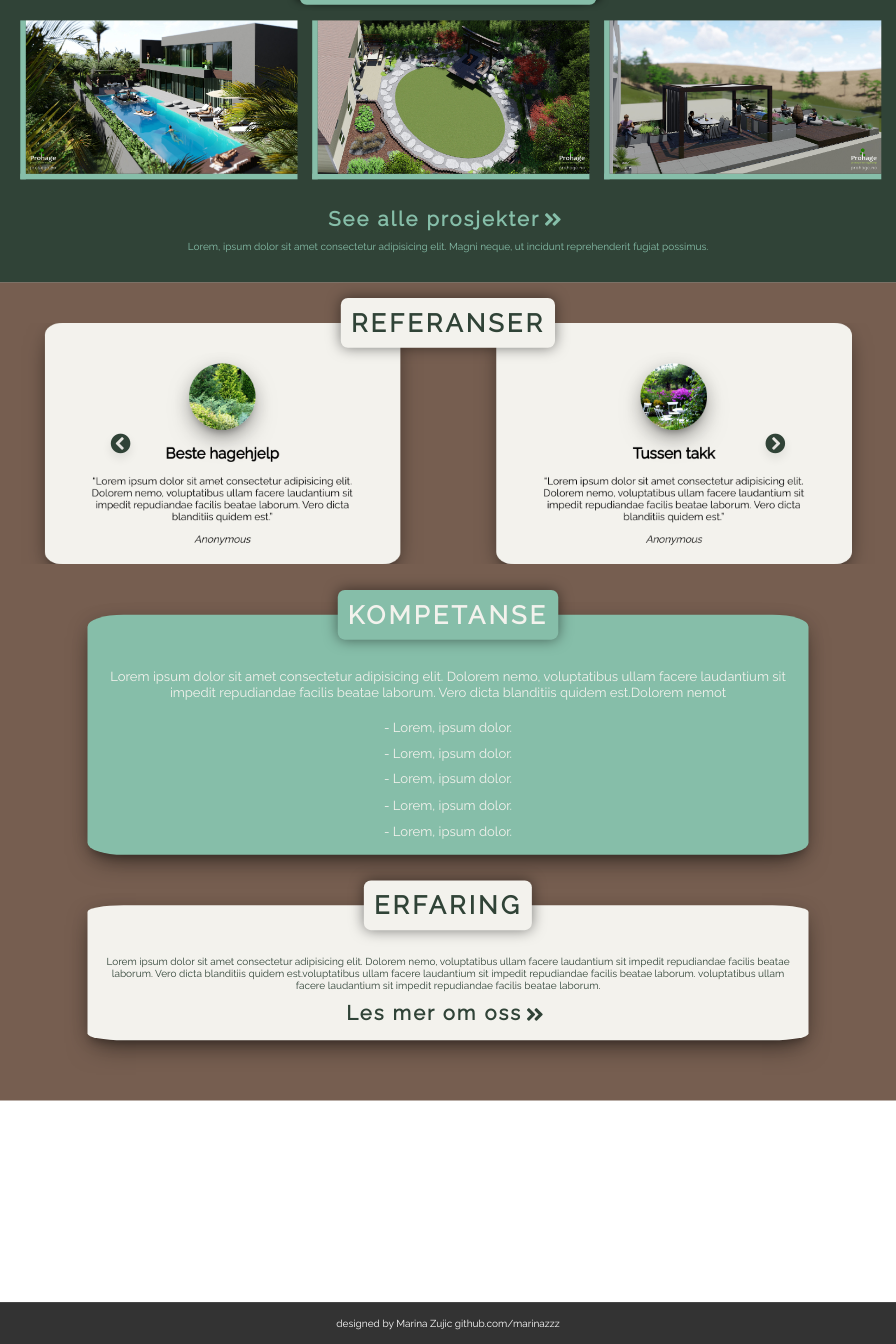
Repository: marinazzz/garden-design-website
Page: Garden design website/index.html
An editor plug-in stored every save of this project. The page is shown before and after the next save, followed by the edit.
The browser window is 1280 px wide. The pictures show the part of the page from y = 1553 to 3473 px (the page is 3473 px tall before and 3456 px after), at 70% of full size.

Above is the page before, as saved 2020-04-06 12:46:56.

### Garden design website/index.html
<!DOCTYPE html>
<html lang="nb">
<head>
    <title>Hagedesign Oslo</title>
    <link rel="stylesheet" type="text/css" href="CSS/fontawesome-free-5.12.1-web/css/all.min.css">
    <link rel="stylesheet" type="text/css" href="CSS/style.css"/>
    <link rel="stylesheet" type="text/css" href="CSS/min-width-768px.css">
    <link rel="stylesheet" type="text/css" href="CSS/min-width-992px.css">
    <link rel="stylesheet" href="https://cdnjs.cloudflare.com/ajax/libs/animate.css/3.7.2/animate.min.css">
    <link rel="stylesheet" type="text/css" href="PLUGINS/glide-master/dist/css/glide.core.min.css" />
    <link rel="stylesheet" type="text/css" href="PLUGINS/glide-master/dist/css/glide.theme.min.css" />
    <link href="https://fonts.googleapis.com/css?family=Raleway&display=swap" rel="stylesheet">
    <meta name="viewport" content="width=device-width, initial-scale=1" charset="UTF-8">
</head>
<body>
    <header class="header--white-green">
        <div class="wrapper">
        <div class="container__menu--small container__menu"> <!--grid container-->
            <div class="container__logo"> <!--1.column-->
                <img class="logo"src="images/prohage black.png" alt="Prohage logo">
            </div>
            <div class="container__items--small container__items"> <!--2.column-->
                <div class="container__item"> <!--1.row-->
                     <a href="mailto:info@prohage.no"
                         class ="container__item-txt"><i class="far fa-envelope"></i>info@prohage.no</a>
                     <a href="tlf:45511111"
                         class="container__item-txt"><i class="fas fa-phone"></i>45511111</a>
                </div>
               <div class="container__item-bottom"> <!--2.row-->
                   <button class="menu__toggle">
                       <i class="fas fa-bars"></i>
                   </button>
                   <nav id="menu">
                        <ul class="menu__list">
                            <li class="menu__item">
                                <a class="menu__link" href="home">Home</a>
                            </li>
                            <li class="menu__item">
                                <a class="menu__link" href="#services">Våre tjenester</a>
                            </li>
                            <li class="menu__item">
                                <a class="menu__link" href="#gallery">Galleri</a>
                            </li>
                            <li class="menu__item">
                                <a class="menu__link" href="#about">Om oss</a>
                            </li>
                            <li class="menu__item">
                                <a class="menu__link" href="#blog">Blogg</a>
                            </li>
                            <li class="menu__item">
                                <a class="menu__link" href="kontakt">Kontakt</a>
                            </li>
                       </ul>
                   </nav>
               </div>
            </div>
            </div>
        </div>
        <section id="main-photo">
            <div class="glide">
                <div class="glide__track"
                     data-glide-el="track">
                    <ul class="glide__slides">
                        <li class="glide__slide">
                            <img class="main-photo__item"
                                 srcset="images/daylight-environment-garden-2000.jpg 2000w,
                                         images/daylight-environment-garden-1000.jpg 1000w"
                                 sizes="(min-width: 1440px) 2000px, 100vw"
                                 src="images/daylight-environment-garden-2000.jpg" alt="Garden and plants" />
                                 <h1 class="main-photo__title">Profesjonell hagehjelp</h1>
                        </li>
                        <li class="glide__slide">
                            <img class="main-photo__item"
                                 srcset="images/main-header-photo-2000.jpg 2000w,
                                          images/main-header-photo-1000.jpg 1000w"
                                 sizes="(min-width: 1440px) 2000px, 100vw"
                                 src="images/main-header-photo-2000.jpg" alt="Garden and plants" />
                                 <h1 class="main-photo__title">Ta kontakt allerede idag</h1>
                                </li>
                        <li class="glide__slide">
                            <img class="main-photo__item"
                                 srcset="images/header-photo-2000.jpg 2000w,
                                         images/header-photo-1000.jpg 1000w"
                                 sizes="(min-width: 1440px) 2000px, 100vw"
                                 src="images/header-photo-2000.jpg" alt="Garden designed by proffesional" />
                                 <h1 class="main-photo__title">Rådgiving og tipser</h1>
                        </li>
                        <li class="glide__slide">
                            <img class="main-photo__item"
                                 srcset="images/bloom-blooming-blur-2000.jpg 2000w,
                                         images/bloom-blooming-blur-1000.jpg 1000w"
                                 sizes="(min-width: 1440px) 2000px, 100vw"
                                 src="images/bloom-blooming-blur-2000.jpg" alt="Garden designed by proffesional" />
                                 <h1 class="main-photo__title">Følg vår hageblogg</h1>
                        </li>
                    </ul>
                </div>
                <!--<div class="glide__arrows"
                         data-glide-el="controls">
                        <button class="glide__arrow glide__arrow--left"
                                data-glide-dir="<">
                            <i class="fas fa-chevron-circle-left"></i>
                        </button>
                        <button class="glide__arrow glide__arrow--right"
                                data-glide-dir=">">
                            <i class="fas fa-chevron-circle-right"></i>
                        </button>
                    </div>-->
            </div>

            <!--<img class="main-photo__item1"
                 srcset="images/architecture-clouds-daylight-2000.jpg 2000w,
                         images/architecture-clouds-daylight-1000.jpg 1000w"
                 sizes="(min-width: 1440px) 2000px, 100vw"
                 src="images/architecture-clouds-daylight-2000.jpg" alt="Garden">
            <img class="main-photo__item2"
                 srcset="images/header-photo-2000.jpg 2000w,
                         images/header-photo-1000.jpg 1000w"
                 sizes="(min-width: 1440px) 2000px, 100vw"
                 src="images/header-photo-2000.jpg" alt="Garden designed by proffesional" >
            <img class="main-photo__item3"
                 srcset="images/main-header-photo-2000.jpg 2000w,
                         images/main-header-photo-1000.jpg 1000w"
                 sizes="(min-width: 1440px) 2000px, 100vw"
                 src="images/main-header-photo-2000.jpg" alt="Garden and plants" >
            <h1 class="main-photo__title">Profesjonell hagehjelp</h1>-->
        </section>
     </header>
     <main>
         <section id="services" class="section--white-green section__container">
            <h1 class="services__title">Tjenester</h1>
            <div class="services__wrapp">
            <section class="services__item">
                <div class="item-title__wrapp">
                    <i class="fas fa-circle"></i>
                    <h2 class="services__item-title">Hagedesign</h2>
                </div>
                <p class="services__txt">Lorem ipsum dolor sit amet consectetur adipisicing elit. Reiciendis, laboriosam.ipsum ex aperiam dolores corporis iusto!</p>
                <div class="button__position">
                     <img class="services__photo" src="images/Hagedesign.jpg" alt="Hagedesigner tegner" />
                     <button class="services__toggle">les mer</button>
                </div>
            </section>
            <section class="services__item">
                <div class="item-title__wrapp">
                    <i class="fas fa-circle"></i>
                    <h2 class="services__item-title">Hagekonsultasjon</h2>
                </div>
                <p class="services__txt">Lorem ipsum dolor sit amet consectetur adipisicing elit. Reiciendis, laboriosam.ipsum ex aperiam dolores corporis iusto!</p>
                <div class="button__position">
                    <img class="services__photo" src="images/konsultasjon.jpg" alt="Hagekonsultasjon med hagedesigner"/> <!--smaller picture than other 2-->
                    <button class="services__toggle">les mer</button>
                </div>
            </section>
            <section class="services__item">
                <div class="item-title__wrapp">
                    <i class="fas fa-circle"></i>
                    <h2 class="services__item-title">Hageskise</h2>
                </div>
                <p class="services__txt">Lorem ipsum dolor sit amet consectetur adipisicing elit. Reiciendis, laboriosam.ipsum ex aperiam dolores corporis iusto!</p>
                <div class="button__position">
                    <img class="services__photo" src="images/skisse.jpg" alt="Hagedesigner hjelp"/>
                    <button class="services__toggle">les mer</button>
                </div>
            </section>
            </div>
         </section>
         <section id="gallery" class="section--dark-green section__container">
            <h1 class="gallery__title services__title">Våre prosjekter</h1>
            <div class="gallery__wrapp services__wrapp">
                <div class="gallery__items">
                    <div class="gallery__item-wrapp">
                        <img class="gallery__item"
                             srcset="images/gallery-photo1-2000.jpg 2000w,
                                     images/gallery-photo1-1000.jpg 1000w"
                             sizes="(min-width: 1440px) 2000px, 100vw"
                             src="images/gallery-photo1-2000.jpg" alt="Hagedesign terrase" />
                    </div>
                    <div class="gallery__item-wrapp gallery__item-wrapp--padding">
                        <img class="gallery__item"
                             srcset="images/gallery-photo2-2000.jpg 2000w,
                                     images/gallery-photo2-1000.jpg 1000w"
                             sizes="(min-width: 1440px) 2000px, 100vw"
                             src="images/gallery-photo2-2000.jpg" alt="Hagedesign terrase" />
                    </div>
                    <div class="gallery__item-wrapp">
                        <img class="gallery__item"
                             srcset="images/gallery-photo3-2000.jpg 2000w,
                                     images/gallery-photo3-1000.jpg 1000w"
                             sizes="(min-width: 1440px) 2000px, 100vw"
                             src="images/gallery-photo3-2000.jpg" alt="Hagedesign terrase" />
                    </div>
                </div>
                <div class="gallery__txt-wrapp">
                    <h2 class="gallery__item-title services__item-title">See alle prosjekter
                        <i class="fas fa-angle-double-right"></i>
                    </h2>
                    <p class="gallery__txt">Lorem, ipsum dolor sit amet consectetur adipisicing elit. Magni neque, ut incidunt reprehenderit fugiat possimus.</p>
                </div>
            </div>
        </section>
        <div class="reviews__bg">
            <section id="section__reviews">
                <h1 class="reviews__title sections__title">Referanser</h1>
                <div class="glide">
                    <div class="glide__track" data-glide-el="track">
                      <ul class="glide__slides">
                        <li class="glide__slide">
                            <div class="review__items">
                                <img class="review__photo"
                                 src="images/review-picture1.jpg" alt="Hagedesign terrase" />
                                <h2 class="review__title">Beste hagehjelp</h2>
                                <blockquote>
                                    <p class="review__txt">Lorem ipsum dolor sit amet consectetur adipisicing elit.
                                       Dolorem nemo, voluptatibus ullam facere laudantium sit impedit repudiandae facilis beatae laborum.
                                       Vero dicta blanditiis quidem est.</p>
                                     <footer class="review__author">Anonymous</footer>
                                </blockquote>
                            </div>
                        </li>
                        <li class="glide__slide">
                            <div class="review__items">
                                <img class="review__photo"
                                 src="images/review-picture2.jpg" alt="Hagedesign terrase" />
                                <h2 class="review__title">Tussen takk</h2>
                                <blockquote>
                                    <p class="review__txt">Lorem ipsum dolor sit amet consectetur adipisicing elit.
                                       Dolorem nemo, voluptatibus ullam facere laudantium sit impedit repudiandae facilis beatae laborum.
                                       Vero dicta blanditiis quidem est.</p>
                                     <footer class="review__author">Anonymous</footer>
                                </blockquote>
                            </div>
                        </li>
                        <li class="glide__slide">
                            <div class="review__items">
                                <img class="review__photo"
                                 src="images/review-picture3.jpg" alt="Hagedesign terrase" />
                                <h2 class="review__title">Anbefaler</h2>
                                <blockquote>
                                    <p class="review__txt">Lorem ipsum dolor sit amet consectetur adipisicing elit.
                                       Dolorem nemo, voluptatibus ullam facere laudantium sit impedit repudiandae facilis beatae laborum.
                                       Vero dicta blanditiis quidem est.</p>
                                     <footer class="review__author">Anonymous</footer>
                                </blockquote>
                            </div>
                        </li>
                      </ul>
                    </div>
                    <div class="glide__arrows"
                             data-glide-el="controls">
                            <button class="glide__arrow glide__arrow--left"
                                    data-glide-dir="<">
                                <i class="fas fa-chevron-circle-left"></i>
                            </button>
                            <button class="glide__arrow glide__arrow--right"
                                    data-glide-dir=">">
                                <i class="fas fa-chevron-circle-right"></i>
                            </button>
                        </div>
                 </div>
            </section>
            <section id="section__about">
                <h1 class="reviews__title sections__title">Kompetanse</h1>
                <div class="review__items">
                    <p class="about__txt">Lorem ipsum dolor sit amet consectetur adipisicing elit.
                        Dolorem nemo, voluptatibus ullam facere laudantium sit impedit repudiandae facilis beatae laborum.
                        Vero dicta blanditiis quidem est.Dolorem nemot</p>
                        <ul class="about__list">
                            <li class="about__list__item">
                                <a class="item__link" href="#om-oss">Lorem, ipsum dolor.</a>
                            </li>
                            <li class="about__list__item">
                                <a class="item__link" href="#om-oss">Lorem, ipsum dolor.</a>
                            </li>
                            <li class="about__list__item">
                                <a class="item__link" href="#om-oss">Lorem, ipsum dolor.</a>
                            </li>
                            <li class="about__list__item">
                                <a class="item__link" href="#om-oss">Lorem, ipsum dolor.</a>
                            </li>
                            <li class="about__list__item">
                                <a class="item__link" href="#om-oss">Lorem, ipsum dolor.</a>
                            </li>
                        </ul>
                </div>
            </section>
            <section id="section__experience">
                <h1 class="reviews__title sections__title">Erfaring</h1>
                <div class="review__items">
                    <p class="experience__txt">Lorem ipsum dolor sit amet consectetur adipisicing elit.
                        Dolorem nemo, voluptatibus ullam facere laudantium sit impedit repudiandae facilis beatae laborum.
                        Vero dicta blanditiis quidem est.voluptatibus ullam facere laudantium sit impedit repudiandae facilis beatae laborum.
                        voluptatibus ullam facere laudantium sit impedit repudiandae facilis beatae laborum.</p>
                        <h2 class="gallery__item-title services__item-title">
                            <a href="" class="experience__link">Les mer om oss</a>
                            <i class="fas fa-angle-double-right"></i>
                        </h2>
                </div>
            </section>
        </div>
        <article id="blog-posts">

        </article>
     </main>
     <footer class="footer__main">
	     <p>designed by Marina Zujic
		     <a href="https://github.com/marinazzz">github.com/marinazzz</a>
	     </p>
     </footer>
     <script src="PLUGINS/glide-master/dist/glide.min.js"></script>
     <script src="JS/js-app.js"></script>
</body>
</html>

### Garden design website/CSS/min-width-768px.css
@media screen and (min-width: 768px) {

  html {
    font-size: 70%;
  }

   /* HEADER */


   .container__menu,
   .container__items {
    display: grid;
   }

   .container__menu {
    grid-template-columns: 2fr 80%;
    box-shadow: 0 0 2rem 0 rgba(0, 0, 0, 0.62), 0 0 30rem 0 rgba(0, 0, 0, 0.19);
  }

  .container__items {
    grid-template-rows: 1fr 1fr;
    background: var(--header-bg-color);
    width: auto;
  }

  .container__item,
  .container__item-bottom {
    display: flex;
  }

  .container__item {
    align-self: center;
    justify-content: space-around;
    /*padding-left: 23rem;*/
  }

  .container__item > a:first-of-type {
    padding-left: 10rem;
  }

  .container__item-bottom {
    align-items: center;
  }

  .menu__toggle {
    display: none;
  }

  /* NAVIGATION */

  #menu,
  .menu-opened .menu__item .menu__link {
    display: block;
  }

  #menu {
    position: static;
    padding: 0;
    top: 0;
  }

  #menu,
  .menu_list {
    height: 100%;
  }

  .menu__list {
    height: 100%;
    flex-direction: row;
    justify-content: center;
    align-items: center;
    padding-left: 5rem;
  }

  .menu__item {
    height: 100%;
    display: block;
    flex-grow: 1;
    margin: 0;
    line-height: 4.5rem;
  }

  .menu__item:hover {
    background-color:#272727;
  }

  .menu__link:active {
    color:black;
  }

  .menu__link,
  .container__item-txt {
    font-weight: bold;
  }

  /* color styles */

  :root {
    /*header*/
    --header-bg-color:#528C36;
    --link-color: #FCFDF9;
  }

  /* MAIN PHOTO */

  .main-photo__title {
    font-size: 2rem;
    letter-spacing: 0.3rem;
}


/* SECTIONS */

/*Common styles for sections*/
/*layout*/
.services__wrapp,
.gallery__items {
  flex-direction: row;
}

/*SECTION SERVICES*/

/*.services__item {
  padding-top: 3rem;
}*/

.button__position > button {
  bottom: -20%;
}

/*SECTION GALLERY*/

.gallery__title {
  width: auto;
}

.gallery__wrapp {
  padding: 0;
  flex-wrap: wrap;
  justify-content: space-around;
}

.gallery__txt-wrapp {
  display: block;
  margin: auto;
}

.gallery__item-wrapp {
  padding: 0 2rem 2rem 2rem;;
}

.gallery__item-wrapp--padding {
  padding: 0 0 2rem 0;
}

/*SECTION REVIEWS*/

#section__reviews .glide__arrow--right {
  right: 10rem;
}

#section__reviews .glide__arrow--left {
  left: 10rem;
}


}

### Garden design website/CSS/min-width-992px.css
@media screen and (min-width: 992px) {
    html {
        font-size: 90%;
    }

   /* HEADER */

    .logo {
        max-height: 9rem;
    }

    .container__items {
        width: auto;
    }

    .container__item {
        padding-left: 22rem;;
    }

    .container__item-bottom,
    .container__items {
        padding: 0;
    }

    #menu {
        padding-left: 10rem;
    }

    /*SECTION REVIEWS*/


}

@media screen and (min-width: 1440px) {

    /* HEADER */
    .container__menu {
        max-width: 1500px;
        margin: 0 auto;
    }

    .container__item {
        padding-left: 47rem;;
    }

    #menu {
        padding-left: 30rem;
    }


    /* MAIN PHOTO */

    .main-photo__title {
        font-size: 3rem;
        letter-spacing: 0.5rem;
    }
}

@media screen and (min-width: 2560px) {
    html {
        font-size: 100%;
    }

    .logo {
        max-height: 12rem;
    }

    .container__item {
        justify-self: center;
    }

    .container__item > a:first-of-type {
        padding: 0 13rem;
    }

    .container__item-bottom {
        padding: 0 40rem;
    }

    /*content on middle*/

    .container__menu {
        max-width: 2000px;
    }

    .container__item-bottom,
    .container__items {
        padding: 0;
    }

    #menu,
    .container__item {
        padding-left: 50rem;
    }

    /* SECTIONS */

    .section__container {
        max-width: 2000px;
        margin: 0 auto;
    }

    .button__position > button {
        bottom: -15%;
      }

      /*SECTION GALLERY*/

      .gallery__wrapp {
          justify-content: space-around;
      }

      .services__wrapp {
          padding: 0;
      }

}

Loaded but not shown: Garden design website/CSS/fontawesome-free-5.12.1-web/css/all.min.css (library); Garden design website/PLUGINS/glide-master/dist/css/glide.core.min.css (common file); Garden design website/PLUGINS/glide-master/dist/css/glide.theme.min.css (common file); Garden design website/PLUGINS/glide-master/dist/glide.min.js (library); Garden design website/JS/js-app.js (55 lines, source omitted); Garden design website/CSS/style.css (567 lines, source omitted)

After the next save:
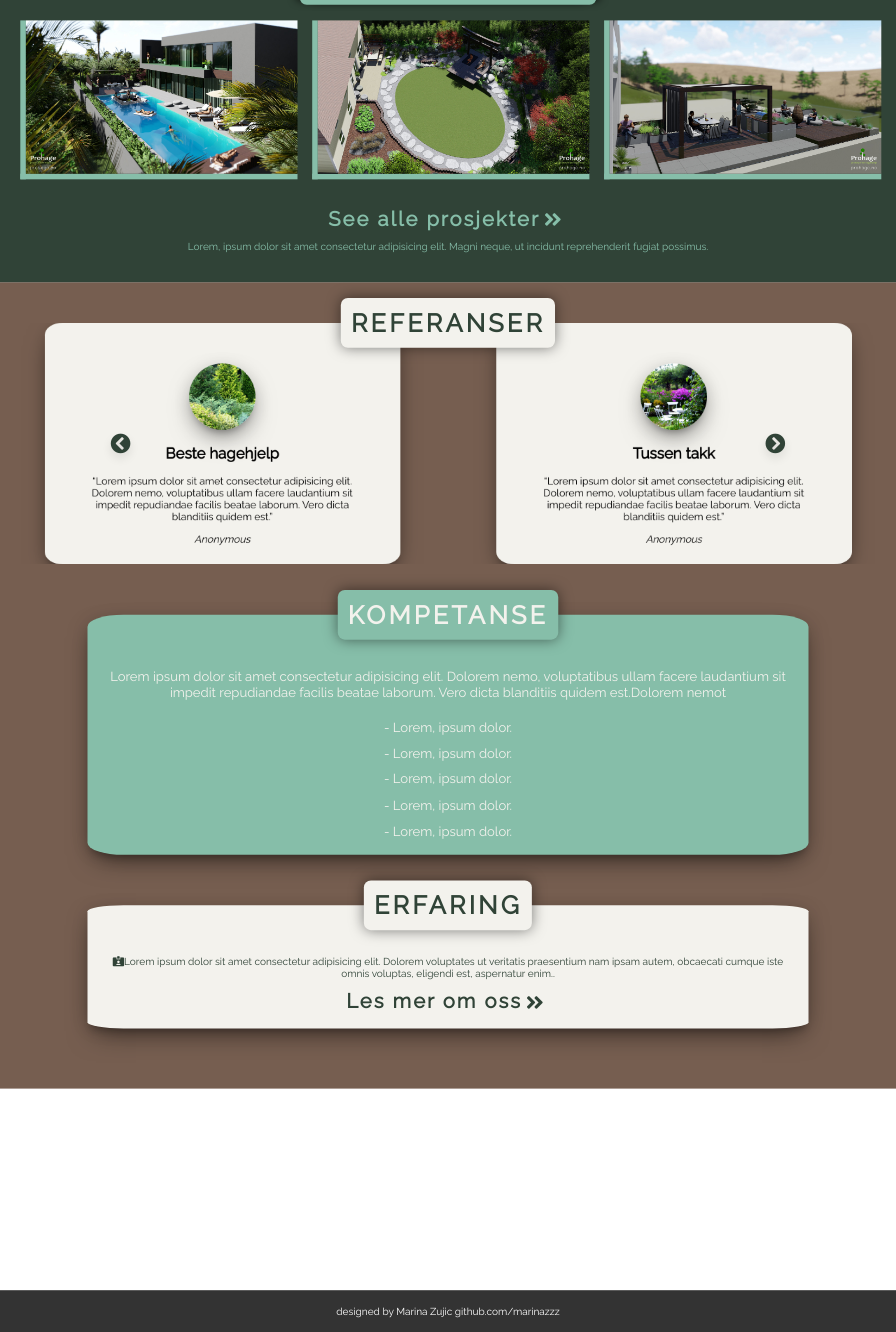
Saved 110 s later.
--- a/Garden design website/index.html
+++ b/Garden design website/index.html
@@ -287,10 +287,9 @@
             <section id="section__experience">
                 <h1 class="reviews__title sections__title">Erfaring</h1>
                 <div class="review__items">
-                    <p class="experience__txt">Lorem ipsum dolor sit amet consectetur adipisicing elit.
-                        Dolorem nemo, voluptatibus ullam facere laudantium sit impedit repudiandae facilis beatae laborum.
-                        Vero dicta blanditiis quidem est.voluptatibus ullam facere laudantium sit impedit repudiandae facilis beatae laborum.
-                        voluptatibus ullam facere laudantium sit impedit repudiandae facilis beatae laborum.</p>
+                    <p class="experience__txt"><i class="fas fa-id-card-alt icon-about"></i>Lorem ipsum dolor sit amet consectetur adipisicing elit.
+                        Dolorem voluptates ut veritatis praesentium nam ipsam autem, obcaecati cumque iste omnis voluptas,
+                        eligendi est, aspernatur enim..</p>
                         <h2 class="gallery__item-title services__item-title">
                             <a href="" class="experience__link">Les mer om oss</a>
                             <i class="fas fa-angle-double-right"></i>
